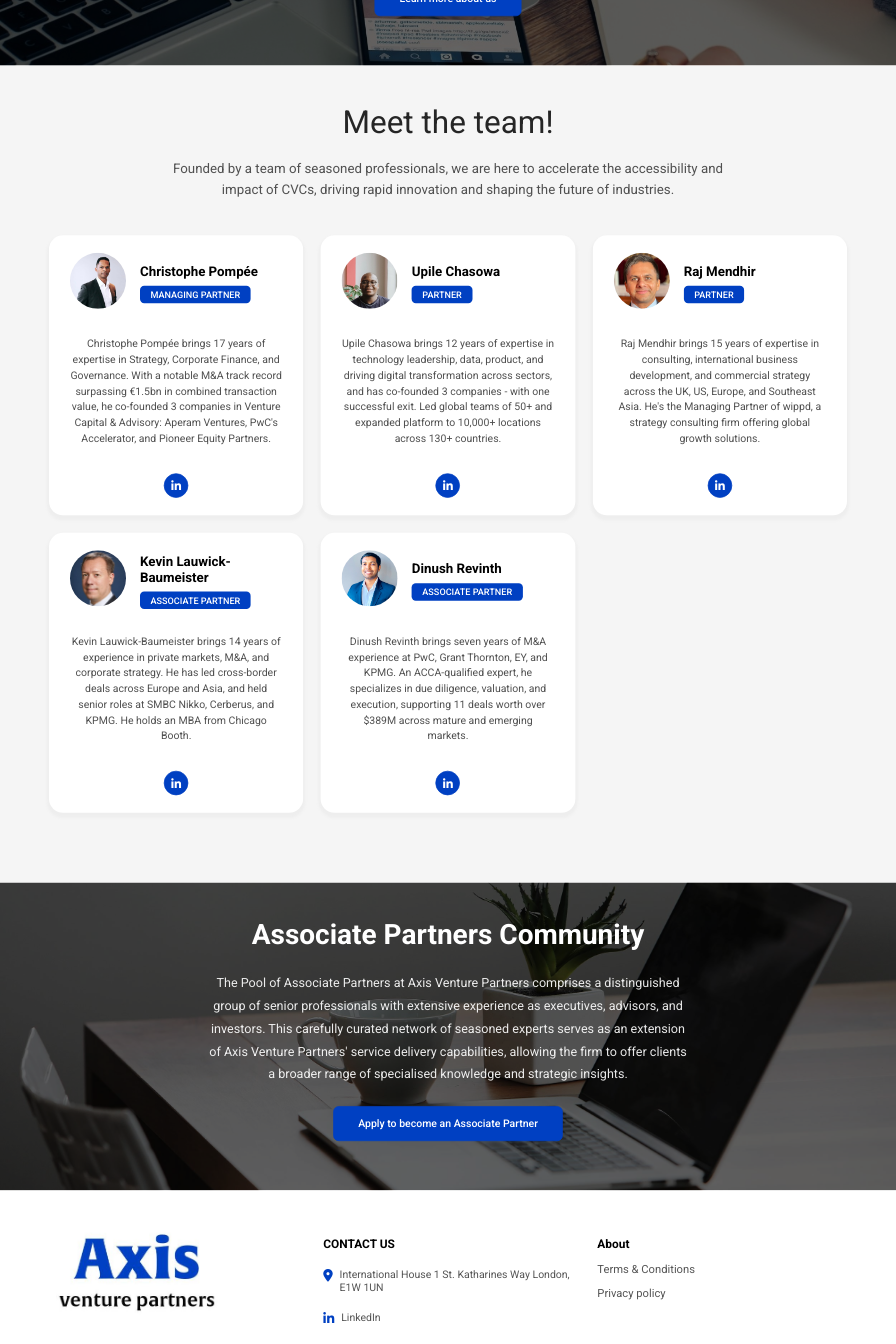
Repository: uchasowa/axisventures
Page: index.html
These files come from the project's save history. The page is drawn as it stood at one moment and after the next save; the edit follows.
The browser window is 1280 px wide. The pictures show the part of the page from y = 1953 to 3873 px (the page is 3963 px tall), at 70% of full size.
Some web libraries are served in a nearby version.

Above is the page before, as saved 2025-07-04 21:08:56.

### index.html
<!DOCTYPE html>
<html lang="en">

<head>
    <meta charset="UTF-8">
    <meta http-equiv="X-UA-Compatible" content="IE=edge">
    <meta name="viewport" content="width=device-width, initial-scale=1.0">
    <title>Axis Venture Partners - Unlocking Growth Opportunities</title>
    <meta name="description" content="At Axis Venture Partners, we create value through expertise, commitment, and a hands-on approach. We specialize in corporate innovation and venture advisory services to help corporations achieve their strategic goals."/>

    <meta property="og:title" content="Axis Venture Partners - Unlocking Growth Opportunities"/>
    <meta property="og:description" content="Axis Venture Partners is a UK-based firm specializing in corporate innovation and venture advisory services, focusing on venture capital investments and supporting scale-up companies to realize their growth potential."/>
    <meta property="og:image" content="https://axisventurepartners.com/assets/logo.jpeg"/>
    <meta property="og:url" content="https://axisventurepartners.com/"/>
    <meta property="og:type" content="website"/>

    <meta name="twitter:title" content="Axis Venture Partners - Unlocking Growth Opportunities"/>
    <meta name="twitter:description" content="We provide CVC as a Service, Fractional C-Suite, and Non-Executive Director services to drive innovation and growth for our partners."/>
    <meta name="twitter:image" content="https://axisventurepartners.com//assets/logo.jpeg"/>
    <meta name="twitter:card" content="summary_large_image"/>

    <!-- Preconnect to external domains for performance -->
    <link rel="preconnect" href="https://fonts.googleapis.com"/>
    <link rel="preconnect" href="https://fonts.gstatic.com" crossorigin/>
    <link rel="preconnect" href="https://kit.fontawesome.com"/>

    <!-- Favicon -->
    <link rel="shortcut icon" href="https://axisventurepartners.com/assets/favicon.ico" type="image/x-icon"/>
    <link rel="icon" type="image/x-icon" href="assets/favicon.ico">

    <!-- Main CSS -->
    <link rel="stylesheet" href="./css/style.css">

    <!-- Font Awesome -->
    <script src="https://kit.fontawesome.com/49f02d4a75.js" crossorigin="anonymous"></script>

    <!-- Animation CSS -->
    <link rel="stylesheet" href="./css/animate.min.css">

    <!-- Theme color for mobile browsers -->
    <meta name="theme-color" content="#2563eb">

    <!-- Additional meta tags for better SEO and social sharing -->
    <meta name="keywords" content="venture capital, corporate innovation, CVC, fractional C-suite, M&A advisory, business growth, startup investment">
    <meta name="author" content="Axis Venture Partners">
    <meta name="robots" content="index, follow">

    <!-- Structured data for better SEO -->
    <script type="application/ld+json">
    {
        "@context": "https://schema.org",
        "@type": "Organization",
        "name": "Axis Venture Partners",
        "url": "https://axisventurepartners.com",
        "logo": "https://axisventurepartners.com/assets/logo.jpeg",
        "description": "UK-based firm specializing in corporate innovation and venture advisory services",
        "address": {
            "@type": "PostalAddress",
            "streetAddress": "1 St. Katharines Way",
            "addressLocality": "London",
            "postalCode": "E1W 1UN",
            "addressCountry": "GB"
        },
        "sameAs": [
            "https://www.linkedin.com/company/axis-venture-partners/"
        ]
    }
    </script>

</head>

<body>
    <!-- Start header -->
    <header>
        <div class="container">
           <div class="logo">
                <a href="index.html" style="background-color: #fff; border: none;">
                    <img src="./assets/logo.jpeg" alt="Axis Venture Partners Logo">
                </a>
            </div>
            <a class="contact-btn" href="https://2f7evz.share-eu1.hsforms.com/2scI3GD3BTHCDbXn-jbSilg" aria-label="Contact Us">
                <span>Contact Us</span>
                <i class="fa-solid fa-phone-volume" aria-hidden="true"></i>
            </a>
        </div>
    </header>
    <!-- End header -->

    <!-- Start Section heroBanner  -->
    <section class="landing" aria-label="Hero Banner">
        <div class="container">
            <div class="content wow animate__fadeInUp" data-wow-duration="0.8s">
                <h1>Unlocking Growth Opportunities</h1>
                <p><span>At Axis Venture Partners</span> we create value through expertise, commitment, hands on
                    approach and
                    ecosystem building.</p>
                <a href="https://2f7evz.share-eu1.hsforms.com/2scI3GD3BTHCDbXn-jbSilg" class="cta-button">Get in touch with us</a>
            </div>
        </div>
    </section>
    <!-- End Section heroBanner  -->

    <!-- Start Section What We Do -->
    <section class="whatWeDo" aria-label="Our Services">
        <div class="container">
            <div class="title wow animate__fadeInUp" data-wow-duration="0.8s">
                <h1>Here's what we do.</h1>
                <p>
                    <span>Axis Venture Partners</span>
                    is a UK-based firm specialising in corporate innovation and venture advisory
                    services. We focus on helping corporations achieve their strategic goals through venture capital
                    investments while supporting scale-up companies in realising their growth potential.
                </p>
            </div>
            <div class="boxes">
                <article class="box wow animate__fadeInUp" data-wow-duration="0.8s">
                    <div class="image">
                        <img src="./assets/image1.jpg" alt="CVC as a Service illustration">
                    </div>
                    <div class="text">
                        <h2>CVC as a Service</h2>
                        <span>Accelerate Value Creation via Venture Capital Investments.</span>
                        <div class="footer">
                            <p>Realised Cost and Revenue Synergies.</p>
                        </div>
                    </div>
                </article>
                <article class="box wow animate__fadeInUp" data-wow-duration="1.2s">
                    <div class="image">
                        <img src="./assets/image2.jpg" alt="Fractional C-Suite illustration">
                    </div>
                    <div class="text">
                        <h2>Fractional C-Suite</h2>
                        <span>Add operational and tactical assistance in Finance, Technology and Business
                            Development.</span>
                        <div class="footer">
                            <p>Market Leadership Incremental EBITDA Higher Valuation.</p>
                        </div>
                    </div>
                </article>
                <article class="box wow animate__fadeInUp" data-wow-duration="1.6s" style="position:relative;">
                    <a href="ma-advisory.html" style="position:absolute;top:0;left:0;width:100%;height:100%;z-index:2;text-decoration:none;color:inherit;"></a>
                    <div class="image">
                        <img src="./assets/image3.jpg" alt="M&A Advisory illustration">
                    </div>
                    <div class="text">
                        <h2>M&A Advisory</h2>
                        <span>Unlock the full potential of your business by navigating every aspect of your M&Ajourney—from strategic valuation and buyer sourcing to masterful deal
                            negotiation—delivering maximum value while you focus on what you do best. </span>
                        <a href="ma-advisory.html" style="display:block;width:fit-content;margin:0 auto 16px auto;padding:10px 28px;background:#0040c2;color:#fff;border-radius:8px;text-decoration:none;font-weight:500;">Learn More</a>
                        <div class="footer">
                            <p>Maximize Value to Shareholders.</p>
                        </div>
                    </div>
                </article>
            </div>

        </div>
    </section>
    <!-- End Section What We Do -->

    <!-- Start Section Partner -->
    <section class="partner" aria-label="Partnership">
        <div class="container">
            <div class="content  wow animate__fadeInUp" data-wow-duration="0.8s">
                <h1>We're excited to partner with you</h1>
                <p>Drawing on our wealth of experience in business development, capital raising, product development and
                    financial management. We skilfully weave cutting-edge innovations into your vision. Our
                    collaborative approach helps your company thrive in today's dynamic business environment, ensuring
                    you stay ahead of the curve while achieving your strategic goals.
                </p>
                <a href="https://2f7evz.share-eu1.hsforms.com/2scI3GD3BTHCDbXn-jbSilg" class="cta-button">Learn more about us</a>
            </div>
        </div>
    </section>
    <!-- End Section Partner -->

    <!-- Start Section Team -->
    <section class="team" aria-label="Our Team">
        <div class="container">
            <div class="title wow animate__fadeInUp" data-wow-duration="0.8s">
                <h1>Meet the team!</h1>
                <p>Founded by a team of seasoned professionals, we are here to accelerate the accessibility and impact
                    of CVCs, driving rapid innovation and shaping the future of industries.</p>
            </div>
            <div class="boxes">
                <article class="box wow animate__fadeInUp" data-wow-duration="0.8s">
                    <div class="top">
                        <div class="image">
                            <img src="./assets/member_1.jpeg" alt="Christophe Pompée - Managing Partner">
                        </div>
                        <div class="text">
                            <h3>Christophe Pompée</h3>
                            <span>Managing partner</span>
                        </div>
                    </div>

                    <p>Christophe Pompée brings 17 years of expertise in Strategy, Corporate Finance, and Governance.
                        With a notable M&A track record surpassing €1.5bn in combined transaction value, he co-founded 3
                        companies in Venture Capital & Advisory: Aperam Ventures, PwC's Accelerator, and Pioneer Equity
                        Partners.</p>

                    <div class="links">
                        <a href="https://www.linkedin.com/in/christophe-pompee-1b72145/" aria-label="Connect with Christophe Pompée on LinkedIn">
                            <i class="fa-brands fa-linkedin-in" aria-hidden="true"></i>
                        </a>
                    </div>
                </article>
                <article class="box wow animate__fadeInUp" data-wow-duration="1.2s">
                    <div class="top">
                        <div class="image">
                            <img src="./assets/member-2.jpeg" alt="Upile Chasowa - Partner">
                        </div>
                        <div class="text">
                            <h3>Upile Chasowa</h3>
                            <span>Partner</span>
                        </div>
                    </div>
                    <p>Upile Chasowa brings 12 years of expertise in technology leadership, data, product, and driving
                        digital transformation across sectors, and has co-founded 3 companies - with one successful
                        exit. Led global teams of 50+ and expanded platform to 10,000+ locations across 130+ countries.
                    </p>

                    <div class="links">
                        <a href="https://www.linkedin.com/in/upilechasowa/" aria-label="Connect with Upile Chasowa on LinkedIn">
                            <i class="fa-brands fa-linkedin-in" aria-hidden="true"></i>
                        </a>
                    </div>
                </article>
                <article class="box wow animate__fadeInUp" data-wow-duration="1.5s">
                    <div class="top">
                        <div class="image">
                            <img src="./assets/member_3.jpeg" alt="Raj Mendhir - Partner">
                        </div>
                        <div class="text">
                            <h3>Raj Mendhir</h3>
                            <span>Partner</span>
                        </div>
                    </div>

                    <p>Raj Mendhir brings 15 years of expertise in consulting, international business development, and
                        commercial strategy across the UK, US, Europe, and Southeast Asia. He's the Managing Partner of
                        wippd, a strategy consulting firm offering global growth solutions.
                    </p>
                    <div class="links">
                        <a href="https://www.linkedin.com/in/rajmendhir/" aria-label="Connect with Raj Mendhir on LinkedIn">
                            <i class="fa-brands fa-linkedin-in" aria-hidden="true"></i>
                        </a>
                    </div>
                </article>
                <article class="box wow animate__fadeInUp" data-wow-duration="1.8s">
                    <div class="top">
                        <div class="image">
                            <img src="./assets/Kevin.jpg" alt="Kevin Lauwick-Baumeister - Associate Partner">
                        </div>
                        <div class="text">
                            <h3>Kevin Lauwick-Baumeister</h3>
                            <span>Associate Partner</span>
                        </div>
                    </div>

                    <p>Kevin Lauwick-Baumeister brings 14 years of experience in private markets, M&A, and corporate strategy. He has led cross-border deals across Europe and Asia, and held senior roles at SMBC Nikko, Cerberus, and KPMG. He holds an MBA from Chicago Booth.</p>
                    <div class="links">
                        <a href="https://www.linkedin.com/in/kevinlauwick/" aria-label="Connect with Kevin Lauwick-Baumeister on LinkedIn">
                            <i class="fa-brands fa-linkedin-in" aria-hidden="true"></i>
                        </a>
                    </div>
                </article>
                <article class="box wow animate__fadeInUp" data-wow-duration="2.1s">
                    <div class="top">
                        <div class="image">
                            <img src="./assets/Dinush.jpg" alt="Dinush Revinth - Associate Partner">
                        </div>
                        <div class="text">
                            <h3>Dinush Revinth</h3>
                            <span>Associate Partner</span>
                        </div>
                    </div>

                    <p>Dinush Revinth brings seven years of M&A experience at PwC, Grant Thornton, EY, and KPMG. An ACCA-qualified expert, he specializes in due diligence, valuation, and execution, supporting 11 deals worth over $389M across mature and emerging markets.</p>
                    <div class="links">
                        <a href="https://www.linkedin.com/in/dinushrevinth/" aria-label="Connect with Dinush Revinth on LinkedIn">
                            <i class="fa-brands fa-linkedin-in" aria-hidden="true"></i>
                        </a>
                    </div>
                </article>
            </div>
        </div>
    </section>
    <!-- End Section Team -->

    <!-- Start Section Community -->
    <section class="community" aria-label="Associate Partners Community">
        <div class="container">
            <div class="content  wow animate__fadeInUp" data-wow-duration="0.8s">
                <h1>Associate Partners Community</h1>
                <p>The Pool of Associate Partners at Axis Venture Partners comprises a distinguished group of senior
                    professionals with extensive experience as executives, advisors, and investors. This carefully
                    curated
                    network of seasoned experts serves as an extension of Axis Venture Partners' service delivery
                    capabilities, allowing the firm to offer clients a broader range of specialised knowledge and
                    strategic
                    insights.
                </p>
                <a href="https://2f7evz.share-eu1.hsforms.com/2scI3GD3BTHCDbXn-jbSilg" class="cta-button">Apply to become an Associate Partner</a>
            </div>
        </div>
    </section>
    <!-- End Section Community -->

    <!-- Start Section Footer -->
    <footer>
        <div class="container">
            <div class="grid">
                <div class="logo">
                    <a href="index.html">
                        <img src="./assets/logo.jpeg" alt="Axis Venture Partners Logo">
                    </a>
                </div>
                <div class="boxOne">
                    <h3>CONTACT US</h3>
                    <ul>
                        <li>
                            <a href="#" aria-label="Our office location">
                                <i class="fa-solid fa-location-dot" aria-hidden="true"></i>
                                <p>International House
                                    1 St. Katharines Way
                                    London, E1W 1UN</p>
                            </a>

                        </li>
                          <li>
                            <a href="https://www.linkedin.com/company/axis-venture-partners/" aria-label="Follow us on LinkedIn">
                                <i class="fa-brands fa-linkedin-in" aria-hidden="true"></i>
                               <p>LinkedIn</p>
                            </a>

                        </li>
                    </ul>
                </div>
                <div class="boxTwo">
                    <h3>About</h3>
                    <div class="links">
                        <a href="./terms-conditions.html">Terms & Conditions</a>
                        <a href="./privacy-policy.html">Privacy policy</a>
                    </div>
                </div>
            </div>
        </div>
        <div class="copyRight">
            <p>Copyright © 2024 AXIS VENTURE PARTNERS LTD | Company Number: 16063555 </p>
        </div>
    </footer>
    <!-- End Section Footer -->

    <!-- Button Scroll -->
    <button class="buttonScroll" aria-label="Scroll to top">
        <i class="fa-solid fa-angles-up" aria-hidden="true"></i>
    </button>
    <!-- Button Scroll -->

    <!-- File WOWJs Script -->
    <script src="./js/wow.min.js"></script>
    <script>
        // WOW JS
        new WOW().init();

        // Scroll to top functionality
        let buttonScroll = document.querySelector(".buttonScroll");

        // Event handler for buttonScroll click event
        buttonScroll.onclick = function () {
            // Scroll to the top of the page smoothly when buttonScroll is clicked
            window.scrollTo({ top: 0, behavior: "smooth" });
        };

        // Event handler for window scroll event
        window.onscroll = function () {
            // If the vertical scroll position is greater than or equal to 400 pixels
            if (window.scrollY >= 400) {
                // Make the buttonScroll visible
                buttonScroll.style.opacity = "1";
                buttonScroll.style.pointerEvents = "auto";
            } else {
                // Otherwise, hide the buttonScroll
                buttonScroll.style.opacity = "0";
                buttonScroll.style.pointerEvents = "none";
            }
        };

        // Add smooth scrolling for all internal links
        document.querySelectorAll('a[href^="#"]').forEach(anchor => {
            anchor.addEventListener('click', function (e) {
                e.preventDefault();
                const target = document.querySelector(this.getAttribute('href'));
                if (target) {
                    target.scrollIntoView({
                        behavior: 'smooth',
                        block: 'start'
                    });
                }
            });
        });
    </script>
</body>

</html>

Loaded but not shown: css/animate.min.css (library); js/wow.min.js (library); css/style.css (764 lines, source omitted)

After the next save:
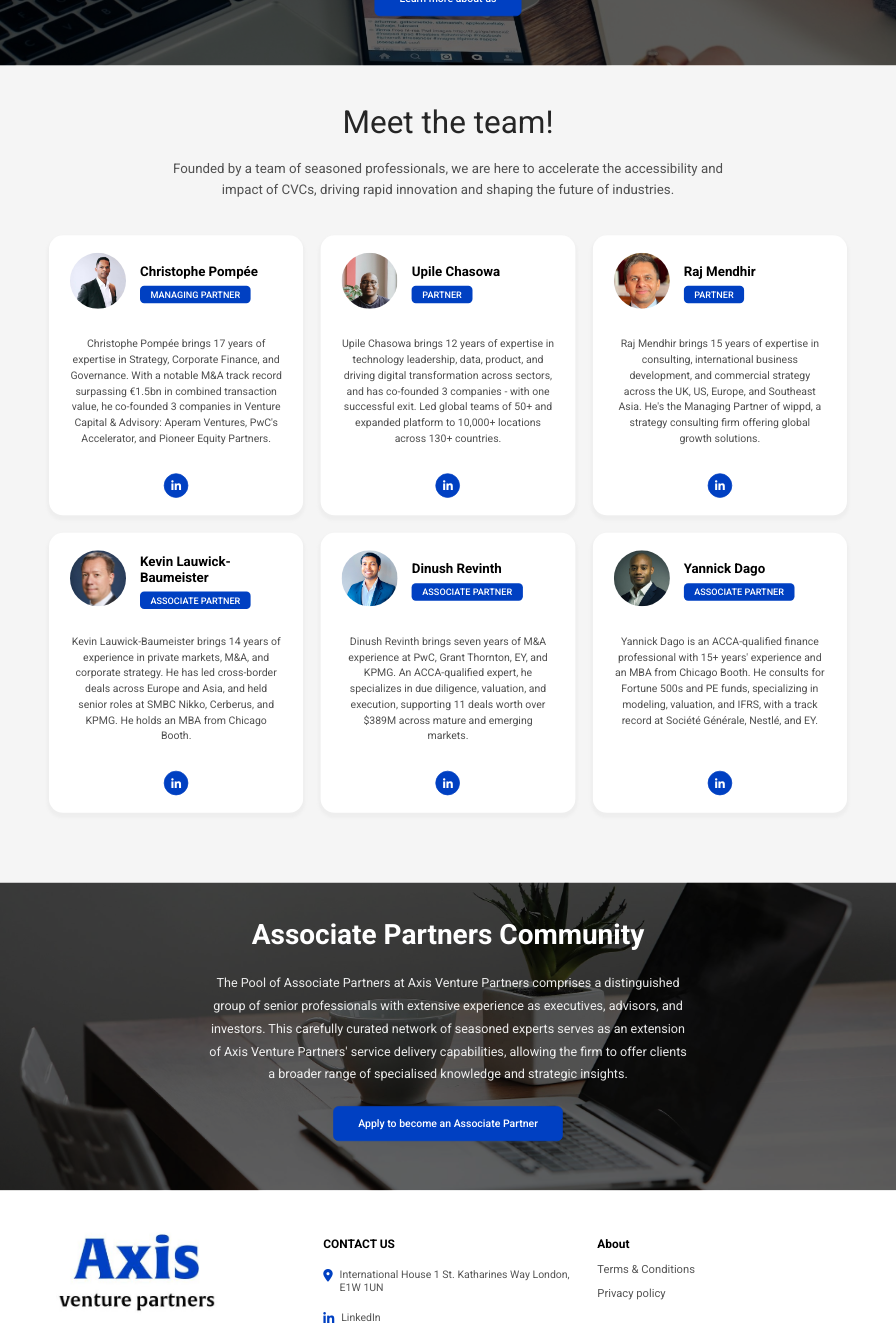
Saved 4 min 4 s later.
--- a/index.html
+++ b/index.html
@@ -284,6 +284,23 @@
                         </a>
                     </div>
                 </article>
+                <article class="box wow animate__fadeInUp" data-wow-duration="2.4s">
+                    <div class="top">
+                        <div class="image">
+                            <img src="./assets/yannick.jpg" alt="Yannick Dago - Associate Partner">
+                        </div>
+                        <div class="text">
+                            <h3>Yannick Dago</h3>
+                            <span>Associate Partner</span>
+                        </div>
+                    </div>
+                    <p>Yannick Dago is an ACCA-qualified finance professional with 15+ years' experience and an MBA from Chicago Booth. He consults for Fortune 500s and PE funds, specializing in modeling, valuation, and IFRS, with a track record at Société Générale, Nestlé, and EY.</p>
+                    <div class="links">
+                        <a href="https://www.linkedin.com/in/yannickdago/" aria-label="Connect with Yannick Dago on LinkedIn">
+                            <i class="fa-brands fa-linkedin-in" aria-hidden="true"></i>
+                        </a>
+                    </div>
+                </article>
             </div>
         </div>
     </section>
